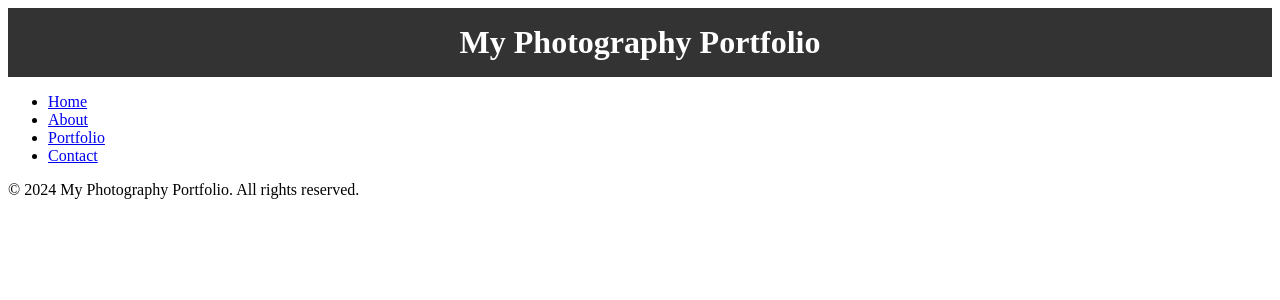
Repository: eugenLau/eugenlau.github.io.LEGACY
Page: /
These files come from the project's save history. The page is drawn as it stood at one moment and after the next save; the edit follows.
The browser window is 1280 px wide. The pictures show the whole page.
The project was rebuilt for these pictures with package versions that can differ from the ones it lists, and the page was loaded fresh each time. Also part of the build but not shown: src/components/Home.js, src/components/About.js, src/components/Portfolio.js, src/components/Contact.js.

Above is the page before, as saved 2024-06-09 21:48:56.

### src/index.js
// src/index.js
import React from 'react';
import ReactDOM from 'react-dom';
//import './styles/index.css';
import App from './App';

ReactDOM.render(<App />, document.getElementById('root'));

### src/App.js
// src/App.js
import React from 'react';
import { BrowserRouter as Router, Route, Routes } from 'react-router-dom';
import Header from './components/Header';
import Navigation from './components/Navigation';
import Home from './components/Home';
import About from './components/About';
import Portfolio from './components/Portfolio';
import Contact from './components/Contact';
import Footer from './components/Footer';
import './styles/Header.css';
import './styles/Navigation.css';
import './styles/Home.css';
import './styles/About.css';
import './styles/Portfolio.css';
import './styles/Contact.css';
import './styles/Footer.css';

const App = () => (
  <Router>
    <div>
      <Header />
      <Navigation />
      <Routes>
        <Route path="/" exact component={Home} />
        <Route path="/about" component={About} />
        <Route path="/portfolio" component={Portfolio} />
        <Route path="/contact" component={Contact} />
      </Routes>
      <Footer />
    </div>
  </Router>
);

export default App;

### src/components/Header.js
// src/components/Header.js
import React from 'react';
import '../styles/Header.css';

const Header = () => (
  <header>
    <h1>My Photography Portfolio</h1>
  </header>
);

export default Header;

### src/components/Navigation.js
// src/components/Navigation.js
import React from 'react';
import { Link } from 'react-router-dom';
import '../styles/Navigation.css';

const Navigation = () => (
  <nav>
    <ul>
      <li><Link to="/">Home</Link></li>
      <li><Link to="/about">About</Link></li>
      <li><Link to="/portfolio">Portfolio</Link></li>
      <li><Link to="/contact">Contact</Link></li>
    </ul>
  </nav>
);

export default Navigation;

### src/components/Footer.js
// src/components/Footer.js
import React from 'react';
import '../styles/Footer.css';

const Footer = () => (
  <footer>
    <p>&copy; {new Date().getFullYear()} My Photography Portfolio. All rights reserved.</p>
  </footer>
);

export default Footer;

### src/styles/Header.css
/* src/styles/Header.css */
header {
    background-color: #333;
    color: #fff;
    padding: 1rem;
    text-align: center;
  }

  header h1 {
    margin: 0;
  }

### src/index.css
/* src/index.css */

/* Reset some default browser styles */
* {
  margin: 0;
  padding: 0;
  box-sizing: border-box;
}

body {
  font-family: 'Arial', sans-serif;
  line-height: 1.6;
  background-color: #f4f4f4;
  color: #333;
  margin: 0;
  padding: 0;
}

a {
  text-decoration: none;
  color: #333;
}

ul {
  list-style: none;
}

/* Global layout styling */
.container {
  width: 80%;
  margin: 0 auto;
  padding: 20px;
}

/* Header */
header {
  background-color: #333;
  color: #fff;
  padding: 1rem;
  text-align: center;
}

header h1 {
  margin: 0;
  font-size: 2.5rem;
}

/* Navigation */
nav {
  background: #444;
  color: #fff;
  text-align: center;
  padding: 0.5rem 0;
}

nav ul {
  display: flex;
  justify-content: center;
  padding: 0;
}

nav ul li {
  margin: 0 15px;
}

nav ul li a {
  color: #fff;
  font-size: 1.1rem;
}

nav ul li a:hover {
  color: #ddd;
}

/* Hero Section */
.hero {
  background: url('/path/to/your/hero-image.jpg') no-repeat center center/cover;
  height: 400px;
  display: flex;
  justify-content: center;
  align-items: center;
  color: #fff;
  text-align: center;
}

.hero h2 {
  font-size: 3rem;
  margin-bottom: 1rem;
}

.hero p {
  font-size: 1.2rem;
}

/* About Section */
.about {
  padding: 2rem 0;
  text-align: center;
}

.about h2 {
  margin-bottom: 1rem;
  font-size: 2rem;
}

.about p {
  font-size: 1.1rem;
  margin: 0 auto;
  width: 70%;
}

/* Portfolio Section */
.portfolio {
  padding: 2rem 0;
  text-align: center;
}

.portfolio h2 {
  margin-bottom: 1rem;
  font-size: 2rem;
}

.gallery {
  display: flex;
  flex-wrap: wrap;
  justify-content: space-around;
}

.gallery-item {
  margin: 10px;
}

.gallery-item img {
  max-width: 100%;
  height: auto;
  border: 3px solid #ddd;
  transition: transform 0.3s ease;
}

.gallery-item img:hover {
  transform: scale(1.05);
}

/* Contact Section */
.contact {
  padding: 2rem 0;
  text-align: center;
}

.contact h2 {
  margin-bottom: 1rem;
  font-size: 2rem;
}

.contact form {
  display: flex;
  flex-direction: column;
  align-items: center;
}

.contact form label {
  margin: 0.5rem 0;
  width: 80%;
}

.contact form input,
.contact form textarea {
  width: 100%;
  padding: 10px;
  border: 1px solid #ccc;
  border-radius: 5px;
  font-size: 1rem;
}

.contact form button {
  margin-top: 1rem;
  padding: 10px 20px;
  border: none;
  background-color: #333;
  color: #fff;
  font-size: 1.1rem;
  cursor: pointer;
  border-radius: 5px;
}

.contact form button:hover {
  background-color: #555;
}

/* Footer */
footer {
  background: #333;
  color: #fff;
  text-align: center;
  padding: 1rem 0;
  margin-top: 2rem;
}

footer p {
  margin: 0;
}

Loaded but not shown: public/index.html (common file); src/styles/About.css (no stored copy; drawn as an empty file); src/styles/Contact.css (no stored copy; drawn as an empty file); src/styles/Footer.css (no stored copy; drawn as an empty file); src/styles/Home.css (no stored copy; drawn as an empty file); src/styles/Navigation.css (no stored copy; drawn as an empty file); src/styles/Portfolio.css (no stored copy; drawn as an empty file)

After the next save:
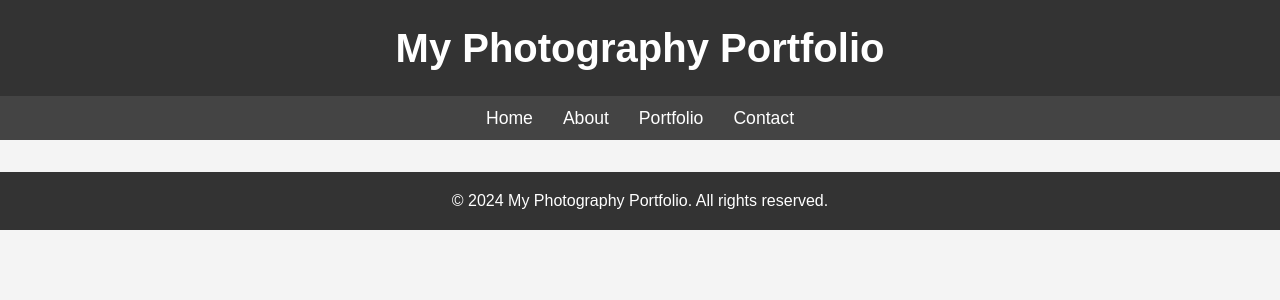
Saved 17 s later.
--- a/src/index.js
+++ b/src/index.js
@@ -1,7 +1,7 @@
 // src/index.js
 import React from 'react';
 import ReactDOM from 'react-dom';
-//import './styles/index.css';
+import './styles/index.css';
 import App from './App';
 
 ReactDOM.render(<App />, document.getElementById('root'));
